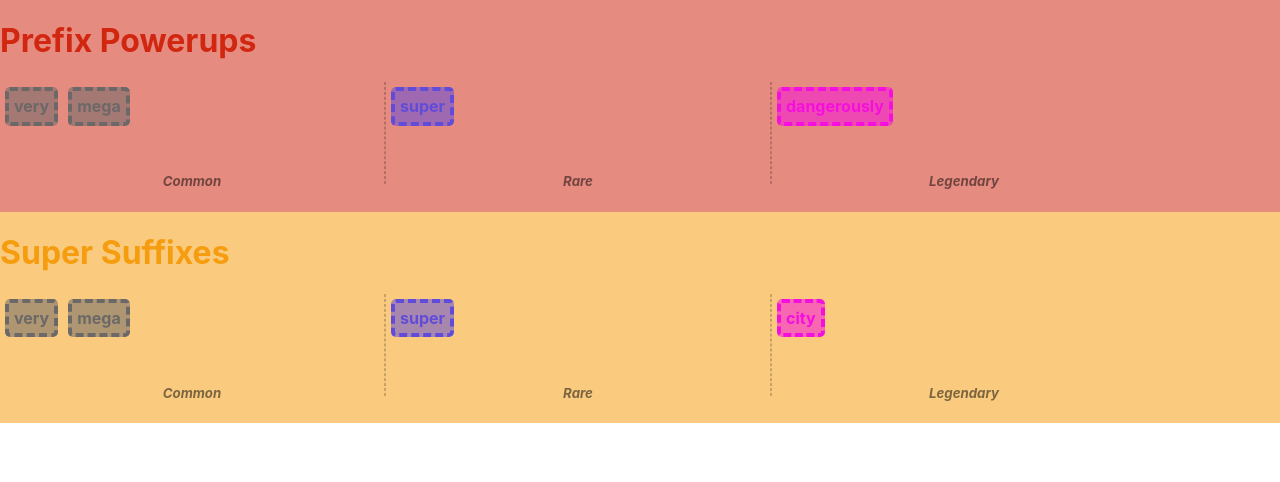
Repository: bsalgado98/buns-inator
Page: /
These files come from the project's save history. The page is drawn as it stood at one moment and after the next save; the edit follows.
The browser window is 1280 px wide. The pictures show the whole page.
The project was rebuilt for these pictures with package versions that can differ from the ones it lists, and the page was loaded fresh each time.

Above is the page before, as saved 2022-04-25 23:00:15.

After the next save:
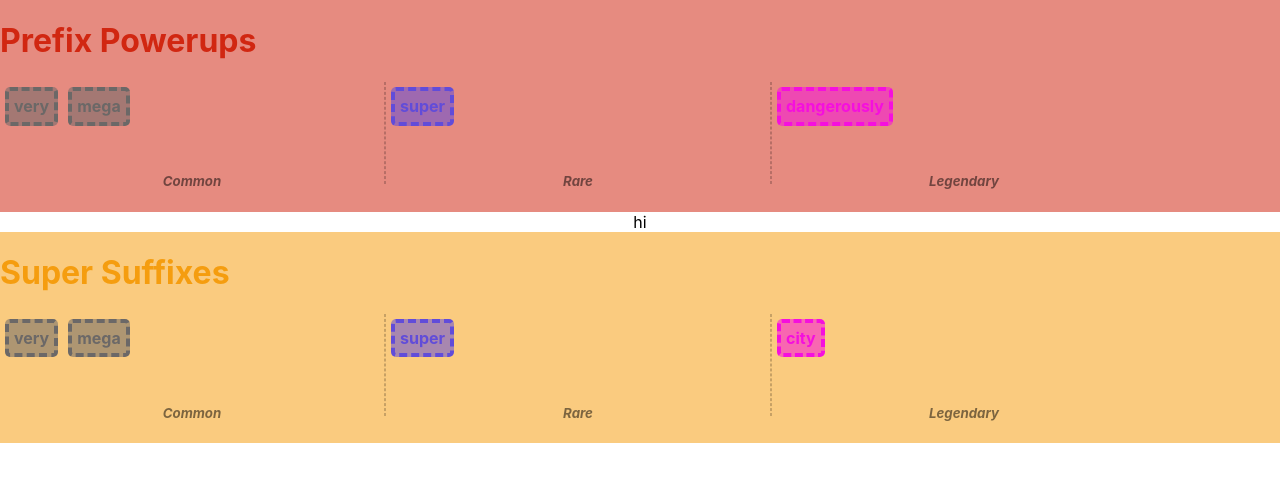
Saved 4 s later.
--- a/src/App.js
+++ b/src/App.js
@@ -52,7 +52,7 @@ function App() {
                 <WordBank bankTitle='Prefix Powerups' color={COLOR.PREFIX_POWERUPS} wordCollection={wordList.prefixPowerups} />
             </div>
             <div className="subject-card-container">
-
+                hi
             </div>
             <div className="word-bank">
                 <WordBank bankTitle='Super Suffixes' color={COLOR.SUPER_SUFFIXES} wordCollection={wordList.superSuffixes} />
